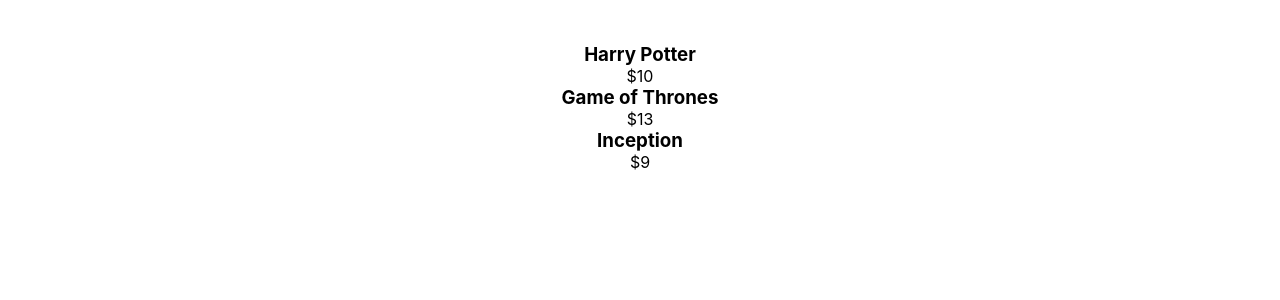
Repository: SubmergedSnake/react-usecontext
Page: /
These files come from the project's save history. The page is drawn as it stood at one moment and after the next save; the edit follows.
The browser window is 1280 px wide. The pictures show the whole page.
The project was rebuilt for these pictures with package versions that can differ from the ones it lists, and the page was loaded fresh each time.

Above is the page before, as saved 2020-11-21 18:52:48.

After the next save:
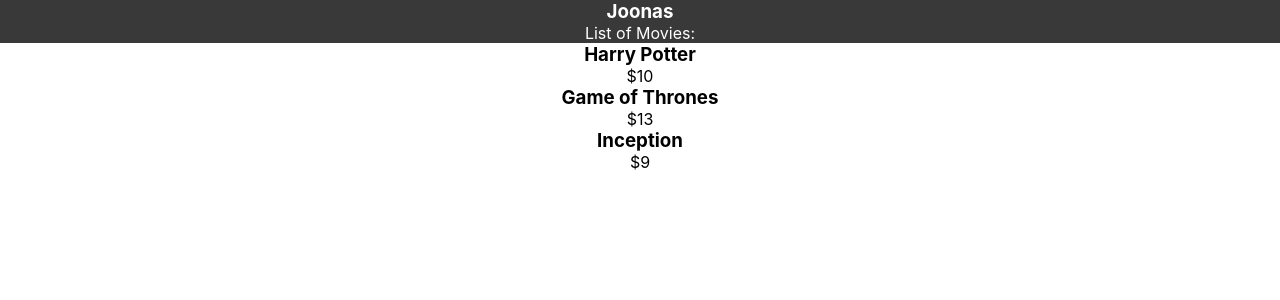
Saved 4 s later.
--- a/src/Nav.js
+++ b/src/Nav.js
@@ -1,7 +1,7 @@
 import React from 'react';
 
 const navStyle = {
-    background: '#B3A3939',
+    background: '#3A3939',
     color: 'white'
   };
 
